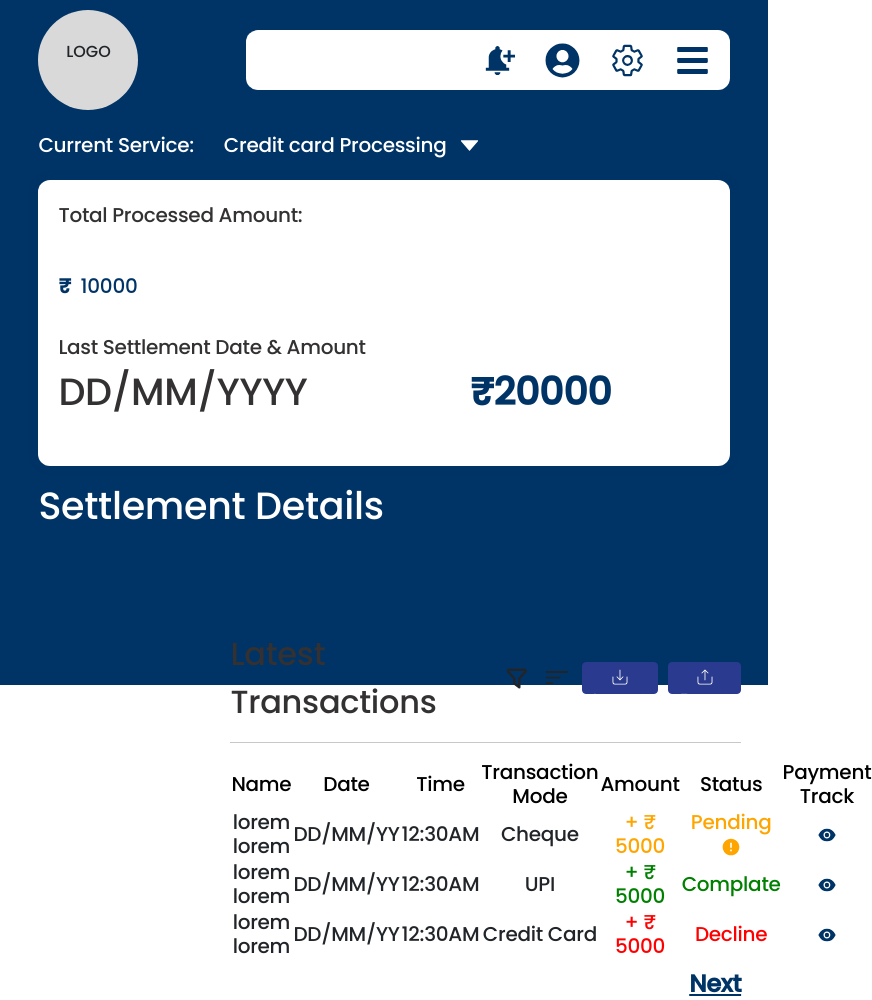
Repository: FlyweisReact/Prashant
Page: /dashboard
The author's editor kept a copy of each file at every save. The page is drawn from the files as they stood at one save, then again after the next save.
The browser window is 768 px wide. The page is 872 px wide, so the pictures cover 872 px, including what lies to the right of the window. The pictures show the whole page.
Some web libraries are served in a nearby version. The project was rebuilt for these pictures with package versions that can differ from the ones it lists, and the page was loaded fresh each time. Also part of the build but not shown: src/Pages/CryptoPayment.jsx, src/Pages/CurrentCharge.jsx, src/Styles/Login.module.css, src/Components/Login/LoginFirstSection.jsx, src/Components/Login/LoginMainSection.jsx, src/Pages/Login.jsx, src/Pages/MatureFund.jsx, src/Pages/OpenBanking.jsx and 12 more.

Above is the page before, as saved 2023-03-23 18:33:48.

After the next save:
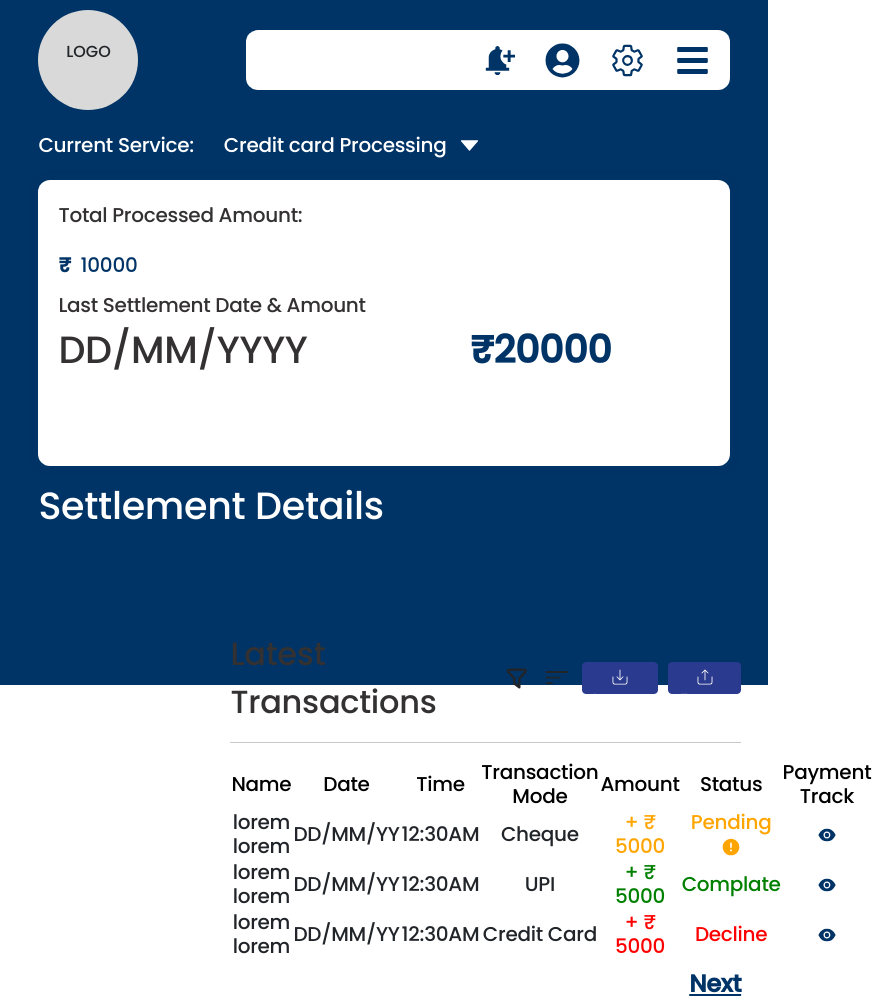
Saved 5 s later.
--- a/src/Styles/TotalAmountSection.module.css
+++ b/src/Styles/TotalAmountSection.module.css
@@ -91,6 +91,7 @@ color: #003466;
     }
     .TotalBudgetDiv>h1{
         font-size: 20px;
+        line-height: normal;
     }
 
 }
